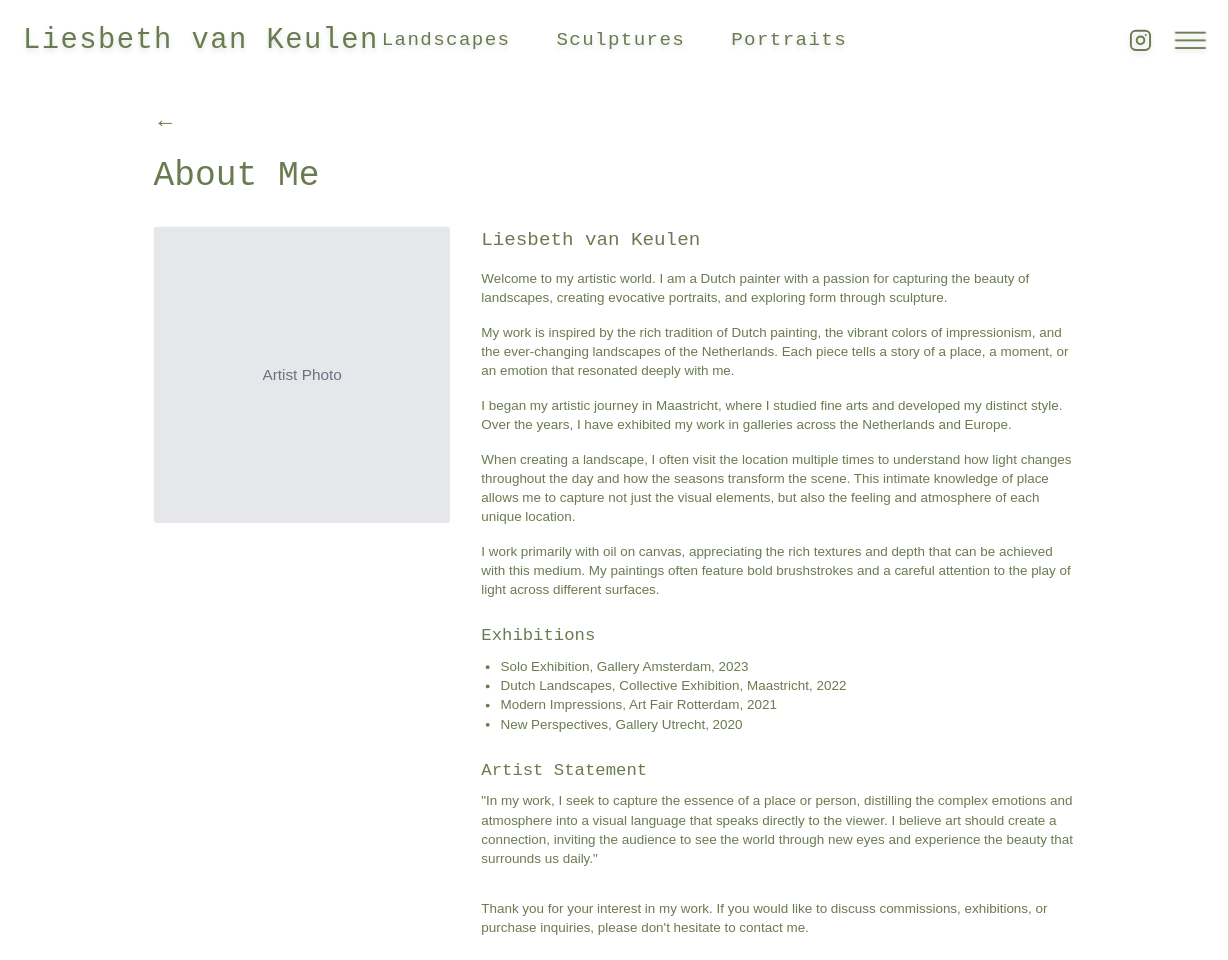
Repository: AafVos/liesbethvankeulen
Page: /about
These files come from the project's save history. The page is drawn as it stood at one moment and after a run of saves; the edit follows.
The browser window is 1280 px wide. The pictures show the whole page, at 96% of full size.
The project was rebuilt for these pictures with package versions that can differ from the ones it lists, and the page was loaded fresh each time. The framework's server and built-in components were replaced by stand-ins that run in the browser. Also part of the build but not shown: next.config.mjs.

Above is the page before, as saved 2025-04-28 15:57:51.

### src/app/about/page.js
import Link from 'next/link';
import Image from 'next/image';
import Header from '../components/Header';
import { getThemeColors } from '../styles/theme';

// Choose a light theme for the about page
const themeName = 'light';
const theme = getThemeColors(themeName);

export default function AboutPage() {
  return (
    <div className="min-h-screen flex flex-col" style={{ backgroundColor: theme.background }}>
      <Header
        title="Liesbeth van Keulen"
        themeName={themeName}
        showNavigation={true}
      />

      <main className="flex-1 px-4 md:px-8 py-6 max-w-5xl mx-auto">
        <div className="mb-6">
          <Link href="/" className="text-2xl hover:opacity-80 transition-opacity" style={{ color: theme.link }}>
            ←
          </Link>
        </div>

        <h1 className="text-3xl md:text-4xl mb-8" style={{
          fontFamily: "'Courier New', Courier, monospace",
          color: theme.heading,
          fontWeight: 400
        }}>
          About Me
        </h1>

        <div className="flex flex-col md:flex-row gap-8 items-start">
          {/* Artist photo */}
          <div className="md:w-1/3 relative">
            <div className="aspect-square relative rounded overflow-hidden">
              {/* Replace this with your actual image */}
              <div className="w-full h-full bg-gray-200 flex items-center justify-center">
                <p className="text-gray-500">Artist Photo</p>
              </div>
            </div>
          </div>

          {/* Artist bio */}
          <div className="md:w-2/3" style={{ color: theme.text }}>
            <h2 className="text-xl mb-4" style={{
              fontFamily: "'Courier New', Courier, monospace",
              color: theme.heading,
              fontWeight: 400
            }}>
              Liesbeth van Keulen
            </h2>

            <div className="space-y-4 text-sm">
              <p>
                Welcome to my artistic world. I am a Dutch painter with a passion for capturing the beauty of landscapes,
                creating evocative portraits, and exploring form through sculpture.
              </p>

              <p>
                My work is inspired by the rich tradition of Dutch painting, the vibrant colors of impressionism,
                and the ever-changing landscapes of the Netherlands. Each piece tells a story of a place, a moment,
                or an emotion that resonated deeply with me.
              </p>

              <p>
                I began my artistic journey in Maastricht, where I studied fine arts and developed my distinct style.
                Over the years, I have exhibited my work in galleries across the Netherlands and Europe.
              </p>

              <p>
                When creating a landscape, I often visit the location multiple times to understand how light changes
                throughout the day and how the seasons transform the scene. This intimate knowledge of place allows me
                to capture not just the visual elements, but also the feeling and atmosphere of each unique location.
              </p>

              <p>
                I work primarily with oil on canvas, appreciating the rich textures and depth that can be achieved
                with this medium. My paintings often feature bold brushstrokes and a careful attention to the play
                of light across different surfaces.
              </p>

              <h3 className="text-lg mt-6 mb-2" style={{
                fontFamily: "'Courier New', Courier, monospace",
                color: theme.heading,
                fontWeight: 400
              }}>
                Exhibitions
              </h3>

              <ul className="list-disc pl-5">
                <li>Solo Exhibition, Gallery Amsterdam, 2023</li>
                <li>Dutch Landscapes, Collective Exhibition, Maastricht, 2022</li>
                <li>Modern Impressions, Art Fair Rotterdam, 2021</li>
                <li>New Perspectives, Gallery Utrecht, 2020</li>
              </ul>

              <h3 className="text-lg mt-6 mb-2" style={{
                fontFamily: "'Courier New', Courier, monospace",
                color: theme.heading,
                fontWeight: 400
              }}>
                Artist Statement
              </h3>

              <p>
                "In my work, I seek to capture the essence of a place or person, distilling the complex emotions and
                atmosphere into a visual language that speaks directly to the viewer. I believe art should create a
                connection, inviting the audience to see the world through new eyes and experience the beauty that
                surrounds us daily."
              </p>

              <p className="mt-8">
                Thank you for your interest in my work. If you would like to discuss commissions, exhibitions, or
                purchase inquiries, please don't hesitate to contact me.
              </p>
            </div>
          </div>
        </div>
      </main>
    </div>
  );
}

### src/app/globals.css
@import "tailwindcss";

:root {
  --background: #ffffff;
  --foreground: #171717;
}

@theme inline {
  --color-background: var(--background);
  --color-foreground: var(--foreground);
  --font-sans: var(--font-geist-sans);
  --font-mono: var(--font-geist-mono);
}

@media (prefers-color-scheme: dark) {
  :root {
    --background: #0a0a0a;
    --foreground: #ededed;
  }
}

body {
  color: var(--foreground);
  font-family: Arial, Helvetica, sans-serif;
  min-height: 100vh;
  width: 100%;
  background-color: #000; /* Fallback background color */
}

### src/app/components/Header.js
'use client';

import { useState } from 'react';
import Link from 'next/link';
import { getThemeColors } from '../styles/theme';

// By default, use the dark theme if no theme is specified
const defaultTheme = getThemeColors('dark');

const Header = ({ title, subtitle, themeName, showNavigation = true }) => {
  const [menuOpen, setMenuOpen] = useState(false);

  // Use the provided theme name or default to dark
  const theme = themeName ? getThemeColors(themeName) : defaultTheme;

  const toggleMenu = () => {
    setMenuOpen(!menuOpen);
  };

  // Style for navigation links
  const navLinkStyle = {
    fontFamily: "'Courier New', Courier, monospace",
    fontWeight: 400,
    letterSpacing: '0.07em',
    color: theme.text
  };

  // Style for menu overlay links
  const menuLinkStyle = {
    fontFamily: "'Courier New', Courier, monospace",
    fontWeight: 400,
    letterSpacing: '0.07em',
    color: '#ffffff' // Always white in the menu overlay
  };

  return (
    <header className="relative w-full z-30 py-6 px-6">
      {/* Desktop layout */}
      <div className="flex items-center justify-between w-full">
        {/* Title on the left */}
        <div>
          <div className="text-center">
            <h2
              className="text-3xl tracking-wide drop-shadow-md"
              style={{
                fontFamily: "'Courier New', Courier, monospace",
                fontWeight: 400,
                letterSpacing: '0.05em',
                color: theme.text
              }}
            >
              {title}
            </h2>
            {subtitle && (
              <div className="text-base mt-1 tracking-wide" style={{
                fontFamily: "'Courier New', Courier, monospace",
                color: theme.text,
                opacity: 0.8,
                letterSpacing: '0.03em',
                fontWeight: 300
              }}>
                {subtitle}
              </div>
            )}
          </div>
        </div>

        {/* Navigation links in the center visible on large screens */}
        {showNavigation && (
          <div className="hidden md:block absolute left-1/2 transform -translate-x-1/2">
            <nav>
              <ul className="flex space-x-12">
                <li>
                  <Link
                    href="/landscapes"
                    className="text-xl hover:opacity-80 transition-colors duration-300 drop-shadow-md"
                    style={{...navLinkStyle}}
                  >
                    Landscapes
                  </Link>
                </li>
                <li>
                  <Link
                    href="/sculptures"
                    className="text-xl hover:opacity-80 transition-colors duration-300 drop-shadow-md"
                    style={{...navLinkStyle}}
                  >
                    Sculptures
                  </Link>
                </li>
                <li>
                  <Link
                    href="/portraits"
                    className="text-xl hover:opacity-80 transition-colors duration-300 drop-shadow-md"
                    style={{...navLinkStyle}}
                  >
                    Portraits
                  </Link>
                </li>
              </ul>
            </nav>
          </div>
        )}

        {/* Right side container for Instagram and hamburger menu */}
        <div className="flex items-center gap-6">
          {/* Instagram link */}
          <a
            href="https://www.instagram.com/portretliesbeth/"
            target="_blank"
            rel="noopener noreferrer"
            className="flex items-center hover:opacity-80 transition-colors duration-300"
          >
            <svg
              xmlns="http://www.w3.org/2000/svg"
              width="24"
              height="24"
              viewBox="0 0 24 24"
              fill="none"
              stroke={theme.text}
              strokeWidth="2"
              strokeLinecap="round"
              strokeLinejoin="round"
              className="drop-shadow-md"
            >
              <rect x="2" y="2" width="20" height="20" rx="5" ry="5"></rect>
              <path d="M16 11.37A4 4 0 1 1 12.63 8 4 4 0 0 1 16 11.37z"></path>
              <line x1="17.5" y1="6.5" x2="17.51" y2="6.5"></line>
            </svg>
          </a>

          {/* Hamburger menu icon */}
          <div className="cursor-pointer z-50" onClick={toggleMenu}>
            <div className="w-8 h-0.5 mb-1.5 drop-shadow-md" style={{ backgroundColor: theme.text }}></div>
            <div className="w-8 h-0.5 mb-1.5 drop-shadow-md" style={{ backgroundColor: theme.text }}></div>
            <div className="w-8 h-0.5 drop-shadow-md" style={{ backgroundColor: theme.text }}></div>
          </div>
        </div>
      </div>

      {/* Fullscreen menu overlay - now transparent with backdrop blur */}
      <div className={`fixed inset-0 bg-black/30 backdrop-blur-sm z-40 transition-opacity duration-300 ${menuOpen ? 'opacity-100' : 'opacity-0 pointer-events-none'}`}>
        <div className="flex flex-col items-center justify-center h-full">
          <nav className="text-center">
            <ul className="space-y-8">
              <li>
                <Link
                  href="/landscapes"
                  className="text-3xl hover:opacity-80 transition-colors duration-300 drop-shadow-lg"
                  style={menuLinkStyle}
                  onClick={toggleMenu}
                >
                  Home
                </Link>
              </li>
              <li>
                <Link
                  href="/gallery"
                  className="text-3xl hover:opacity-80 transition-colors duration-300 drop-shadow-lg"
                  style={menuLinkStyle}
                  onClick={toggleMenu}
                >
                  Gallery
                </Link>
              </li>
              <li>
                <Link
                  href="#"
                  className="text-3xl hover:opacity-80 transition-colors duration-300 drop-shadow-lg"
                  style={menuLinkStyle}
                  onClick={toggleMenu}
                >
                  Webshop
                </Link>
              </li>
              <li>
                <Link
                  href="/about"
                  className="text-3xl hover:opacity-80 transition-colors duration-300 drop-shadow-lg"
                  style={menuLinkStyle}
                  onClick={toggleMenu}
                >
                  About Me
                </Link>
              </li>
              <li>
                <Link
                  href="#"
                  className="text-3xl hover:opacity-80 transition-colors duration-300 drop-shadow-lg"
                  style={menuLinkStyle}
                  onClick={toggleMenu}
                >
                  Contact
                </Link>
              </li>
            </ul>
          </nav>
        </div>
      </div>
    </header>
  );
};

export default Header;

### src/app/styles/theme.js
// Theme options for the website
export const themes = {
  // Option 1: Dark theme
  dark: {
    background: '#1c1c1c',
    text: '#ffffff',
    heading: '#ffffff',
    accent: '#d3d3d3',
    link: '#d3d3d3'
  },

  // Option 2: Light theme with green text
  light: {
    background: '#ffffff',
    text: '#6a7b4f',
    heading: '#6a7b4f',
    accent: '#9cac7f',
    link: '#6a7b4f'
  }
};

// Export a function to easily get all colors for a specific theme
export const getThemeColors = (themeName) => {
  return themes[themeName] || themes.dark; // Default to dark theme if not found
};

Loaded but not shown: src/app/layout.js (common file)

After the next 3 saves:
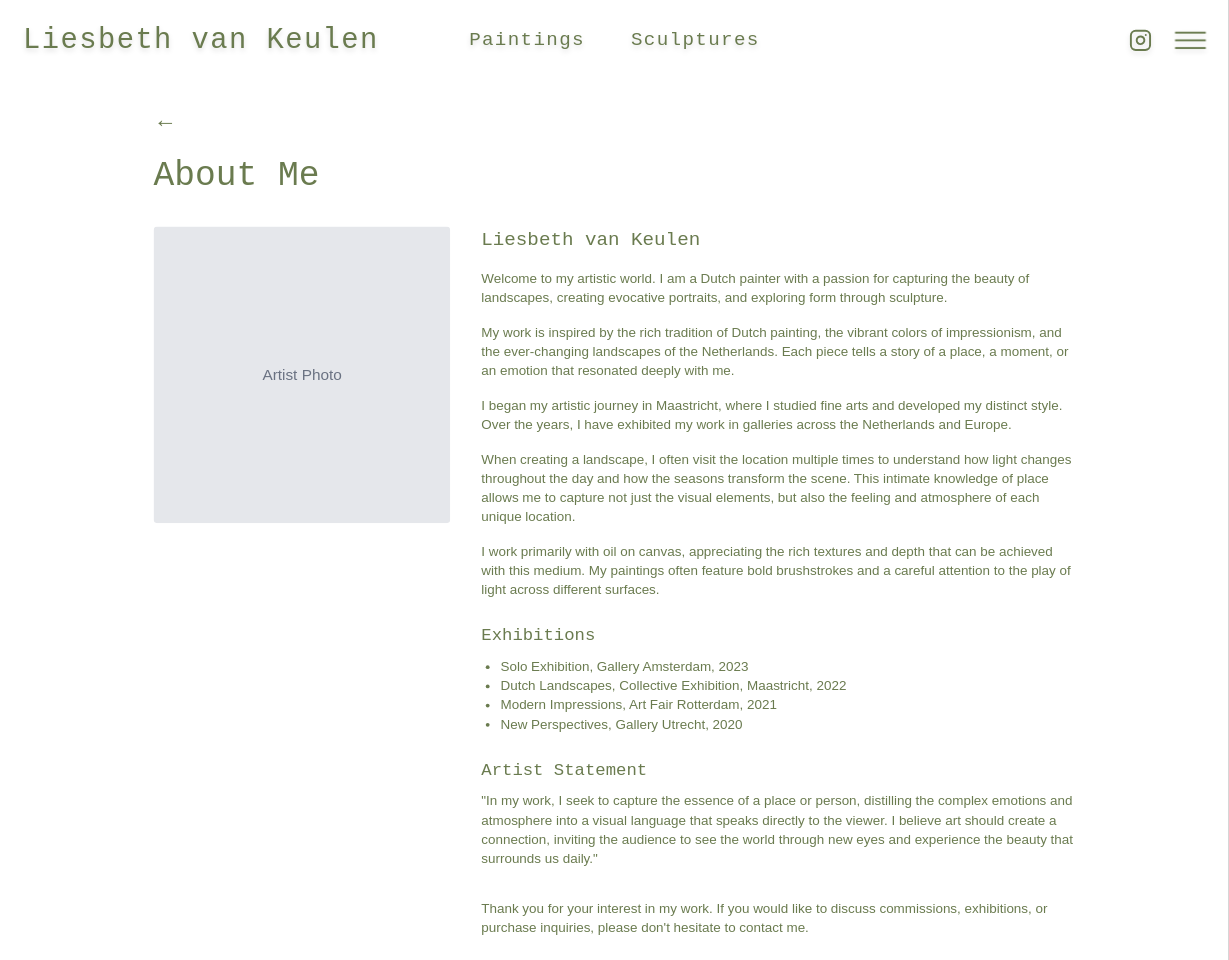
The 3 saves are shown as one change because they came seconds apart.
The last was saved 21 s later.
--- a/src/app/components/Header.js
+++ b/src/app/components/Header.js
@@ -72,11 +72,11 @@
               <ul className="flex space-x-12">
                 <li>
                   <Link
-                    href="/landscapes"
+                    href="/paintings"
                     className="text-xl hover:opacity-80 transition-colors duration-300 drop-shadow-md"
                     style={{...navLinkStyle}}
                   >
-                    Landscapes
+                    Paintings
                   </Link>
                 </li>
                 <li>
@@ -86,15 +86,6 @@
                     style={{...navLinkStyle}}
                   >
                     Sculptures
-                  </Link>
-                </li>
-                <li>
-                  <Link
-                    href="/portraits"
-                    className="text-xl hover:opacity-80 transition-colors duration-300 drop-shadow-md"
-                    style={{...navLinkStyle}}
-                  >
-                    Portraits
                   </Link>
                 </li>
               </ul>
